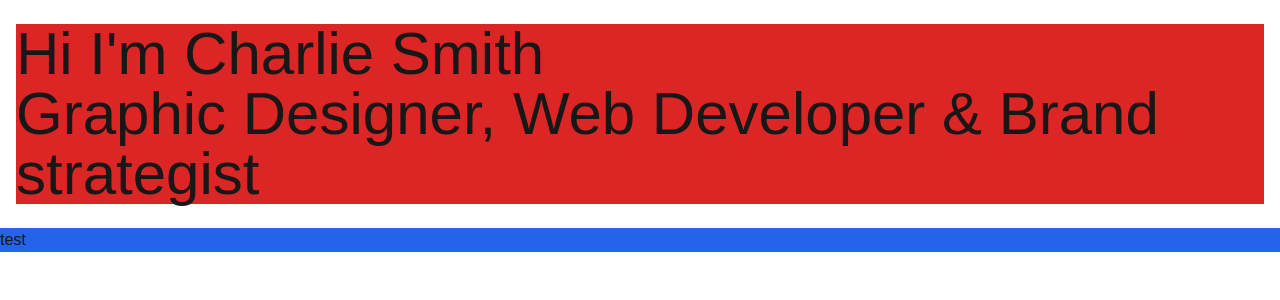
Repository: charlehs/portfolio
Page: /
These files come from the project's save history. The page is drawn as it stood at one moment and after the next save; the edit follows.
The browser window is 1280 px wide. The pictures show the whole page.
The project was rebuilt for these pictures with package versions that can differ from the ones it lists, and the page was loaded fresh each time. The framework's server and built-in components were replaced by stand-ins that run in the browser. Also part of the build but not shown: next.config.ts.

Above is the page before, as saved 2025-01-02 16:45:29.

### app/layout.tsx
import type { Metadata } from "next";
import localFont from "next/font/local";
import Nav from "./components/Nav";
import "./globals.css";

const geistSans = localFont({
  src: "./fonts/GeistVF.woff",
  variable: "--font-geist-sans",
  weight: "100 900",
});
const geistMono = localFont({
  src: "./fonts/GeistMonoVF.woff",
  variable: "--font-geist-mono",
  weight: "100 900",
});

export const metadata: Metadata = {
  title: "Create Next App",
  description: "Generated by create next app",
};

export default function RootLayout({
  children,
}: Readonly<{
  children: React.ReactNode;
}>) {
  return (
    <html lang="en">
      <body
        className={`${geistSans.variable} ${geistMono.variable} antialiased`}
      >
        {/* <Nav /> */}
        {children}
      </body>
    </html>
  );
}

### app/page.tsx
import Image from "next/image";

export default function Home() {
  return (
    <div className="flex flex-col ">
      <main className="mx-4 my-6 bg-red-600">
        <p className=" text-6xl">
          Hi I'm Charlie Smith
          <br />{" "}
          <span className="text-6xl">
            Graphic Designer, Web Developer & Brand strategist
          </span>
        </p>
      </main>
      <footer className=" bg-blue-600">test</footer>
    </div>
  );
}

### app/globals.css
@tailwind base;
@tailwind components;
@tailwind utilities;

:root {
  --background: #ffffff;
  --foreground: #171717;
}

@media (prefers-color-scheme: dark) {
  :root {
    --background: #0a0a0a;
    --foreground: #ededed;
  }
}

body {
  color: var(--foreground);
  background: var(--background);
  font-family: Arial, Helvetica, sans-serif;
}

@font-face {
  font-family: "Harmond";
  src: url("/fonts/Harmond-SemiBoldCondensed.otf") format("opentype");
  font-weight: 600; /* Regular */
  font-style: normal;
}

@font-face {
  font-family: "Harmond";
  src: url("/fonts/Harmond-SemBdItaCond.otf") format("opentype");
  font-weight: 600; /* Bold */
  font-style: italic;
}
@font-face {
  font-family: "Harmond";
  src: url("/fonts/Harmond-ExtraBoldExpanded.otf") format("opentype");
  font-weight: 800; /* Bold */
  font-style: normal;
}

.harmond-text {
  font-family: "Harmond", sans-serif;
}

.extra-bold {
  font-family: "Harmond", sans-serif;
  font-weight: 800;
  font-style: normal;
}

Loaded but not shown: tailwind.config.ts (common file)

After the next save:
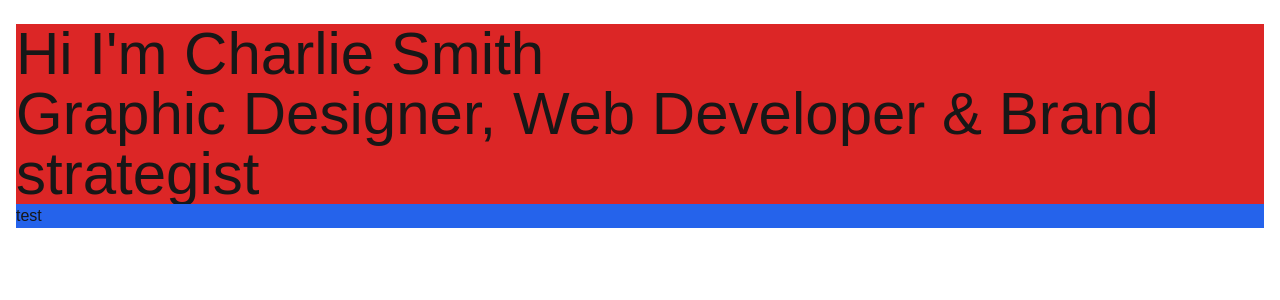
Saved 8 s later.
--- a/app/page.tsx
+++ b/app/page.tsx
@@ -2,8 +2,8 @@ import Image from "next/image";
 
 export default function Home() {
   return (
-    <div className="flex flex-col ">
-      <main className="mx-4 my-6 bg-red-600">
+    <div className="mx-4 my-6 flex flex-col ">
+      <main className=" bg-red-600">
         <p className=" text-6xl">
           Hi I'm Charlie Smith
           <br />{" "}
